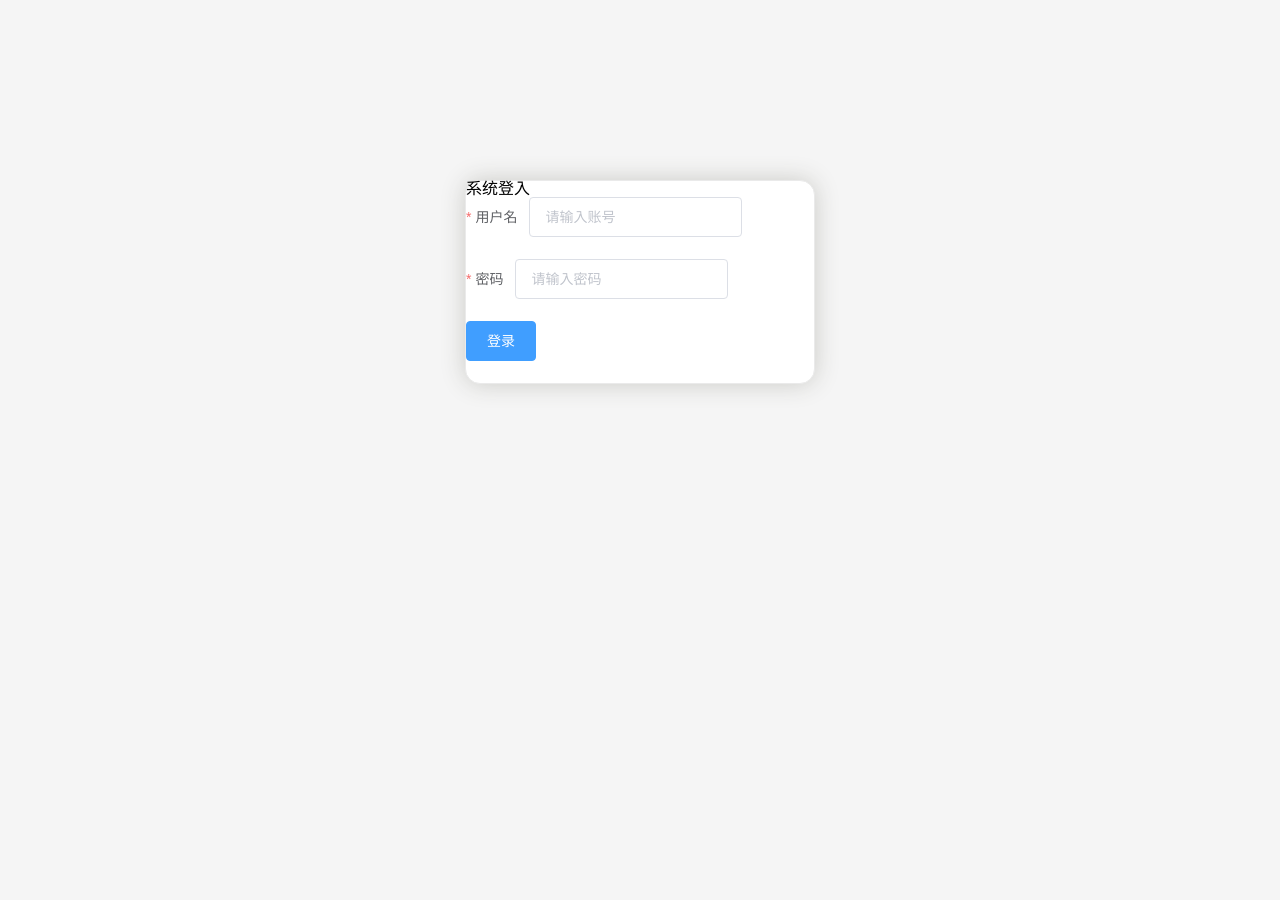
Repository: wangtao20230308/-
Page: /login
An editor plug-in stored every save of this project. The page is shown before and after the next save, followed by the edit.
The browser window is 1280 px wide. The pictures show the whole page.
The project was rebuilt for these pictures with package versions that can differ from the ones it lists, and the page was loaded fresh each time. Also part of the build but not shown: src/components/CommonAside.vue, src/components/CommonHeader.vue, src/components/commonTag.vue, src/views/Main.vue, src/utils/requst.js, src/api/index.js, src/views/Home.vue, src/views/User.vue and 3 more.

Above is the page before, as saved 2023-03-27 14:40:41.

### src/main.js
import Vue from 'vue'
import App from './App.vue'
// //element-ui全局引入
// import ElementUI from 'element-ui';
// import 'element-ui/lib/theme-chalk/index.css';
// //element-ui转换成一个插件
// Vue.use(ElementUI);

//ele按需导入
import {
  Pagination,
  MessageBox,
  DatePicker,
  Select,
  Option,
  Form,
  FormItem,
  Input,
  Dialog,
  Tag,
  Breadcrumb,
  BreadcrumbItem,
  Table,
  TableColumn,
  Col,
  Row,
  Card,
  Button,
  Radio,
  Container,
  Aside,
  Header,
  Main,
  Menu,
  Submenu,
  MenuItemGroup,
  MenuItem,
  Dropdown,
  DropdownMenu,
  DropdownItem,
} from 'element-ui'
import 'element-ui/lib/theme-chalk/index.css'
import './assets/less/index.less'
Vue.use(Button)
Vue.use(Radio)
Vue.use(Container)
Vue.use(Aside)
Vue.use(Header)
Vue.use(Main)
Vue.use(Menu)
Vue.use(Submenu)
Vue.use(MenuItemGroup)
Vue.use(MenuItem)
Vue.use(Dropdown)
Vue.use(DropdownMenu)
Vue.use(DropdownItem)
Vue.use(Card)
Vue.use(Row)
Vue.use(Col)
Vue.use(Table)
Vue.use(TableColumn)
Vue.use(Breadcrumb)
Vue.use(BreadcrumbItem)
Vue.use(Tag)
Vue.use(Dialog)
Vue.use(Form)
Vue.use(FormItem)
Vue.use(Input)
Vue.use(Select)
Vue.use(Option)
Vue.use(DatePicker)
Vue.use(Pagination)

Vue.component(MessageBox.name, MessageBox) // 全局注册组件， 若使用Vue.use()会再初始时候执行一次，有bug
Vue.prototype.$message = MessageBox // 挂载到vm实例上
Vue.prototype.$confirm = MessageBox // 挂载到vm实例上

//路由引入
import router from './router'
import store from './store'
import './api/mock'

Vue.config.productionTip = false

new Vue({
  router,
  store, //把store挂载到vue实例上
  render: (h) => h(App),
}).$mount('#app')

### src/App.vue
<template>
  <div id="app">
    <router-view></router-view>
  </div>
</template>

<script>
//import HelloWorld from './components/HelloWorld.vue'

export default {
  name: 'App',
  components: {
    //HelloWorld
  },
}
</script>

<style lang="less">
html,
body,
h3,
p {
  padding: 0;
  margin: 0;
}
#app {
  height: 100vh;
}
</style>

### src/router/index.js
//import { hasOwnMetadata } from 'core-js/fn/reflect'
import Vue from 'vue'
import VueRouter from 'vue-router'
import Main from '../views/Main.vue'
import Home from '../views/Home.vue'
import User from '../views/User.vue'
import Mall from '../views/Mall.vue'
import PageOne from '../views/PageOne.vue'
import PageTwo from '../views/PageTwo.vue'
import Login from '../views/Login.vue'

Vue.use(VueRouter)

const routes = [
  //主路由
  {
    path: '/',
    name: 'Main',
    //按需引入组件
    //原型：component: import()
    component: Main,
    redirect: '/home',
    children: [
      //子路由（嵌套路由）
      {
        //首页
        path: 'home',
        name: 'home',
        component: Home,
      },
      {
        //用户页
        path: 'user',
        name: 'user',
        component: User,
      },
      {
        //商品管理
        path: 'mall',
        name: 'mall',
        component: Mall,
      },
      {
        //页面1
        path: 'page1',
        name: 'page1',
        component: PageOne,
      },
      {
        //页面2
        path: 'page2',
        name: 'page2',
        component: PageTwo,
      },
      // {
      //   path: '/user',
      //   name: 'user',
      //   //按需引入组件
      //   //原型：component: import()
      //   component: () => import('../views/User')
      // }
    ],
  },
  //登入页面Login
  {
    path: '/login',
    name: 'login',
    component: Login,
  },
]

// new VueRouter({
//   mode: 'history',
// })
const router = new VueRouter({
  mode: 'history',
  routes,
})

//导出路由
export default router

### src/store/index.js
import Vue from 'vue'
import Vuex from 'vuex'
import tab from './tab'

//全局注入状态管理vuex
Vue.use(Vuex)

//创建vuex的实例
export default new Vuex.Store({
  modules: {
    tab,
  },
})

### src/api/mock.js
import Mock from 'mockjs'
import homeApi from './mockServeData/home'
import user from './mockServeData/user'

//定义mock请求拦截
// Mock.mock('/api/home/getData', 'get', function () {
//   //拦截到请求后的处理逻辑
//   console.log('拦截到了')
//   return 1
// })
Mock.mock('/api/home/getData', 'get', homeApi.getStatisticalData)

//用户列表的数据
Mock.mock('/api/user/add', 'post', user.createUser) //新增
Mock.mock('/api/user/edit', 'post', user.updateUser) //编辑
Mock.mock('/api/user/del', 'post', user.deleteUser) //删除
Mock.mock(/api\/user\/getUser/, 'get', user.getUserList) //获取表格数据

### src/assets/less/home.less
.home {
    .user {
      display: flex;
      align-items: center;
      padding-bottom: 20px;
      margin-bottom: 20px;
      border-bottom: 1px solid #ccc;
      img {
        width: 150px;
        height: 150px;
        border-radius: 50%;
        margin-right: 40px;
      }
      &info {
        .name {
          font-size: 32px;
          margin-bottom: 10px;
        }
        .access {
          color: #999999;
        }
      }
    }
    .login-info {
      p {
        line-height: 28px;
        font-size: 14px;
        color: #999999;
        span {
          color: #666666;
          margin-left: 60px;
        }
      }
    }
    .num {
      display: flex;
      flex-wrap: wrap;
      justify-content: space-between;
      .el-card {
        width: 32%;
        margin-bottom: 20px;
      }
      .icon {
        font-size: 30px;
        width: 80px;
        height: 80px;
        text-align: center;
        line-height: 80px;
        color: #fff;
      }
      .detail {
        margin-left: 15px;
        display: flex;
        flex-direction: column;
        justify-content: center;
        .num {
          font-size: 30px;
          margin-bottom: 10px;
        }
        .txt {
          font-size: 14px;
          text-align: center;
          color: #999999;
        }
      }
    }
    .graph {
      margin-top: 20px;
      display: flex;
      justify-content: space-between;
      .el-card {
        width: 48%;
      }
    }
  }

### src/views/Login.vue
<template>
  <div>
    <el-form :model="form" :rules="rules" :inline="true" class="login_container">
      <h3 class="login_title">系统登入</h3>
      <el-form-item label="用户名" prop="userName">
        <el-input placeholder="请输入账号" v-model="form.userName"></el-input>
      </el-form-item>
      <el-form-item label="密码" prop="passWord">
        <el-input placeholder="请输入密码" v-model="form.passWord" type="password"></el-input>
      </el-form-item>
      <el-form-item>
        <el-button type="primary" @click="onSubmit">登录</el-button>
      </el-form-item>
    </el-form>
  </div>
</template>

<script>
export default {
  data() {
    return {
      form: {
        userName: '',
        passWord: '',
      },
      rules: {
        userName: [{ required: true, message: '请输入用户名', trigger: 'blur' }],
        passWord: [{ required: true, message: '请输入密码', trigger: 'blur' }],
      },
    }
  },
}
</script>

<style lang="less" scoped>
.login_container {
  width: 350px;
  border: 1px solid #eaeaea;
  margin: 180px auto;
  background-color: #fff;
  border-radius: 15px;
  box-shadow: 0 0 25px #cacac6;
}
</style>

### src/store/tab.js
//用来管理菜单的数据
export default {
  state: {
    isCollapse: false, // 控制菜单的展开还是收起
    tabsList: [
      {
        path: '/',
        name: 'home',
        label: '首页',
        icon: 's-home',
        url: 'Home/Home',
      },
    ], //面包屑数据
  },
  mutations: {
    //修改菜单展开收起的方法
    collapseMenu(state) {
      state.isCollapse = !state.isCollapse
    },
    //更新面包屑数据
    selectMenu(state, val) {
      //判断添加的数据是否为首页
      if (val.name !== 'home') {
        const index = state.tabsList.findIndex((item) => item.name === val.name)
        //如果不存在
        if (index === -1) {
          state.tabsList.push(val)
        }
      }
    },
    //删除指定的tag数据
    closeTag(state, item) {
      console.log(item, 'item')
      const index = state.tabsList.findIndex((val) => val.name === item.name)
      state.tabsList.splice(index, 1)
    },
  },
}

### src/api/mockServeData/home.js
// mock数据模拟
import Mock from 'mockjs'

// 图表数据
let List = []
export default {
  getStatisticalData: () => {
    //Mock.Random.float 产生随机数100到8000之间 保留小数 最小0位 最大0位
    for (let i = 0; i < 7; i++) {
      List.push(
        Mock.mock({
          苹果: Mock.Random.float(100, 8000, 0, 0),
          vivo: Mock.Random.float(100, 8000, 0, 0),
          oppo: Mock.Random.float(100, 8000, 0, 0),
          魅族: Mock.Random.float(100, 8000, 0, 0),
          三星: Mock.Random.float(100, 8000, 0, 0),
          小米: Mock.Random.float(100, 8000, 0, 0),
        })
      )
    }
    return {
      code: 20000,
      data: {
        // 饼图
        videoData: [
          {
            name: '小米',
            value: 2999,
          },
          {
            name: '苹果',
            value: 5999,
          },
          {
            name: 'vivo',
            value: 1500,
          },
          {
            name: 'oppo',
            value: 1999,
          },
          {
            name: '魅族',
            value: 2200,
          },
          {
            name: '三星',
            value: 4500,
          },
        ],
        // 柱状图
        userData: [
          {
            date: '周一',
            new: 5,
            active: 200,
          },
          {
            date: '周二',
            new: 10,
            active: 500,
          },
          {
            date: '周三',
            new: 12,
            active: 550,
          },
          {
            date: '周四',
            new: 60,
            active: 800,
          },
          {
            date: '周五',
            new: 65,
            active: 550,
          },
          {
            date: '周六',
            new: 53,
            active: 770,
          },
          {
            date: '周日',
            new: 33,
            active: 170,
          },
        ],
        // 折线图
        orderData: {
          date: ['20191001', '20191002', '20191003', '20191004', '20191005', '20191006', '20191007'],
          data: List,
        },
        //表格数据
        tableData: [
          {
            name: 'oppo',
            todayBuy: 500,
            monthBuy: 3500,
            totalBuy: 22000,
          },
          {
            name: 'vivo',
            todayBuy: 300,
            monthBuy: 2200,
            totalBuy: 24000,
          },
          {
            name: '苹果',
            todayBuy: 800,
            monthBuy: 4500,
            totalBuy: 65000,
          },
          {
            name: '小米',
            todayBuy: 1200,
            monthBuy: 6500,
            totalBuy: 45000,
          },
          {
            name: '三星',
            todayBuy: 300,
            monthBuy: 2000,
            totalBuy: 34000,
          },
          {
            name: '魅族',
            todayBuy: 350,
            monthBuy: 3000,
            totalBuy: 22000,
          },
        ],
      },
    }
  },
}

### src/api/mockServeData/user.js
import Mock from 'mockjs'

// get请求从config.url获取参数，post从config.body中获取参数
function param2Obj(url) {
  const search = url.split('?')[1]
  if (!search) {
    return {}
  }
  return JSON.parse('{"' + decodeURIComponent(search).replace(/"/g, '\\"').replace(/&/g, '","').replace(/=/g, '":"') + '"}')
}

let List = []
const count = 200

for (let i = 0; i < count; i++) {
  List.push(
    Mock.mock({
      id: Mock.Random.guid(),
      name: Mock.Random.cname(),
      addr: Mock.mock('@county(true)'),
      'age|18-60': 1,
      birth: Mock.Random.date(),
      sex: Mock.Random.integer(0, 1),
    })
  )
}

export default {
  /**
   * 获取列表
   * 要带参数 name, page, limt; name可以不填, page,limit有默认值。
   * @param name, page, limit
   * @return {{code: number, count: number, data: *[]}}
   */
  getUserList: (config) => {
    const { name, page = 1, limit = 20 } = param2Obj(config.url)
    console.log('name:' + name, 'page:' + page, '分页大小limit:' + limit)
    const mockList = List.filter((user) => {
      if (name && user.name.indexOf(name) === -1 && user.addr.indexOf(name) === -1) return false
      return true
    })
    const pageList = mockList.filter((item, index) => index < limit * page && index >= limit * (page - 1))
    return {
      code: 20000,
      count: mockList.length,
      list: pageList,
    }
  },
  /**
   * 增加用户
   * @param name, addr, age, birth, sex
   * @return {{code: number, data: {message: string}}}
   */
  createUser: (config) => {
    const { name, addr, age, birth, sex } = JSON.parse(config.body)
    console.log(JSON.parse(config.body))
    List.unshift({
      id: Mock.Random.guid(),
      name: name,
      addr: addr,
      age: age,
      birth: birth,
      sex: sex,
    })
    return {
      code: 20000,
      data: {
        message: '添加成功',
      },
    }
  },
  /**
   * 删除用户
   * @param id
   * @return {*}
   */
  deleteUser: (config) => {
    const { id } = JSON.parse(config.body)
    if (!id) {
      return {
        code: -999,
        message: '参数不正确',
      }
    } else {
      List = List.filter((u) => u.id !== id)
      return {
        code: 20000,
        message: '删除成功',
      }
    }
  },
  /**
   * 批量删除
   * @param config
   * @return {{code: number, data: {message: string}}}
   */
  batchremove: (config) => {
    let { ids } = param2Obj(config.url)
    ids = ids.split(',')
    List = List.filter((u) => !ids.includes(u.id))
    return {
      code: 20000,
      data: {
        message: '批量删除成功',
      },
    }
  },
  /**
   * 修改用户
   * @param id, name, addr, age, birth, sex
   * @return {{code: number, data: {message: string}}}
   */
  updateUser: (config) => {
    const { id, name, addr, age, birth, sex } = JSON.parse(config.body)
    const sex_num = parseInt(sex)
    List.some((u) => {
      if (u.id === id) {
        u.name = name
        u.addr = addr
        u.age = age
        u.birth = birth
        u.sex = sex_num
        return true
      }
    })
    return {
      code: 20000,
      data: {
        message: '编辑成功',
      },
    }
  },
}

Loaded but not shown: public/index.html (common file); src/assets/less/index.less (common file); src/assets/less/common.less (common file); src/assets/less/reset.less (common file)

After the next save:
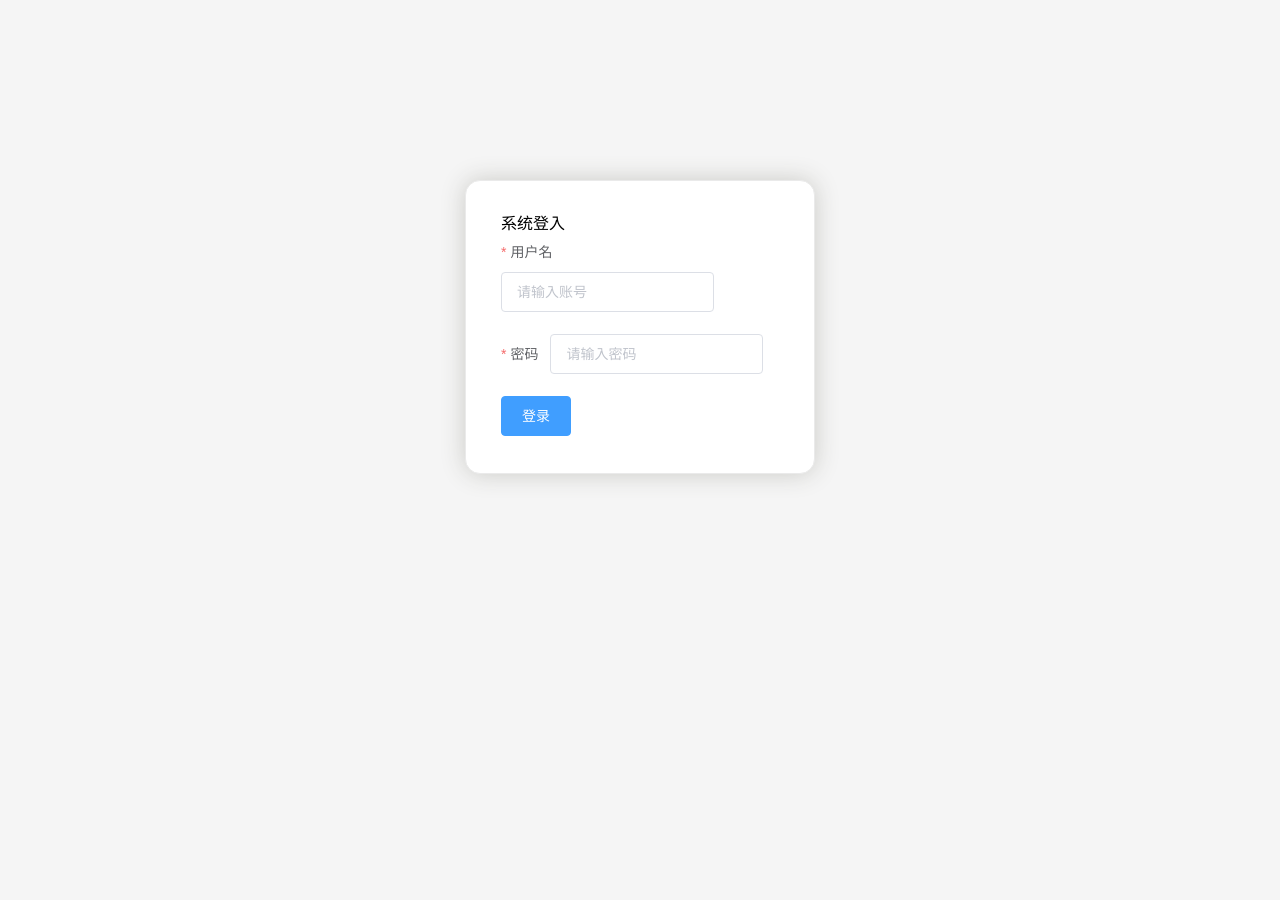
Saved 4 min 4 s later.
--- a/src/views/Login.vue
+++ b/src/views/Login.vue
@@ -40,5 +40,6 @@ export default {
   background-color: #fff;
   border-radius: 15px;
   box-shadow: 0 0 25px #cacac6;
+  padding: 35px 35px 15px 35px;
 }
 </style>
